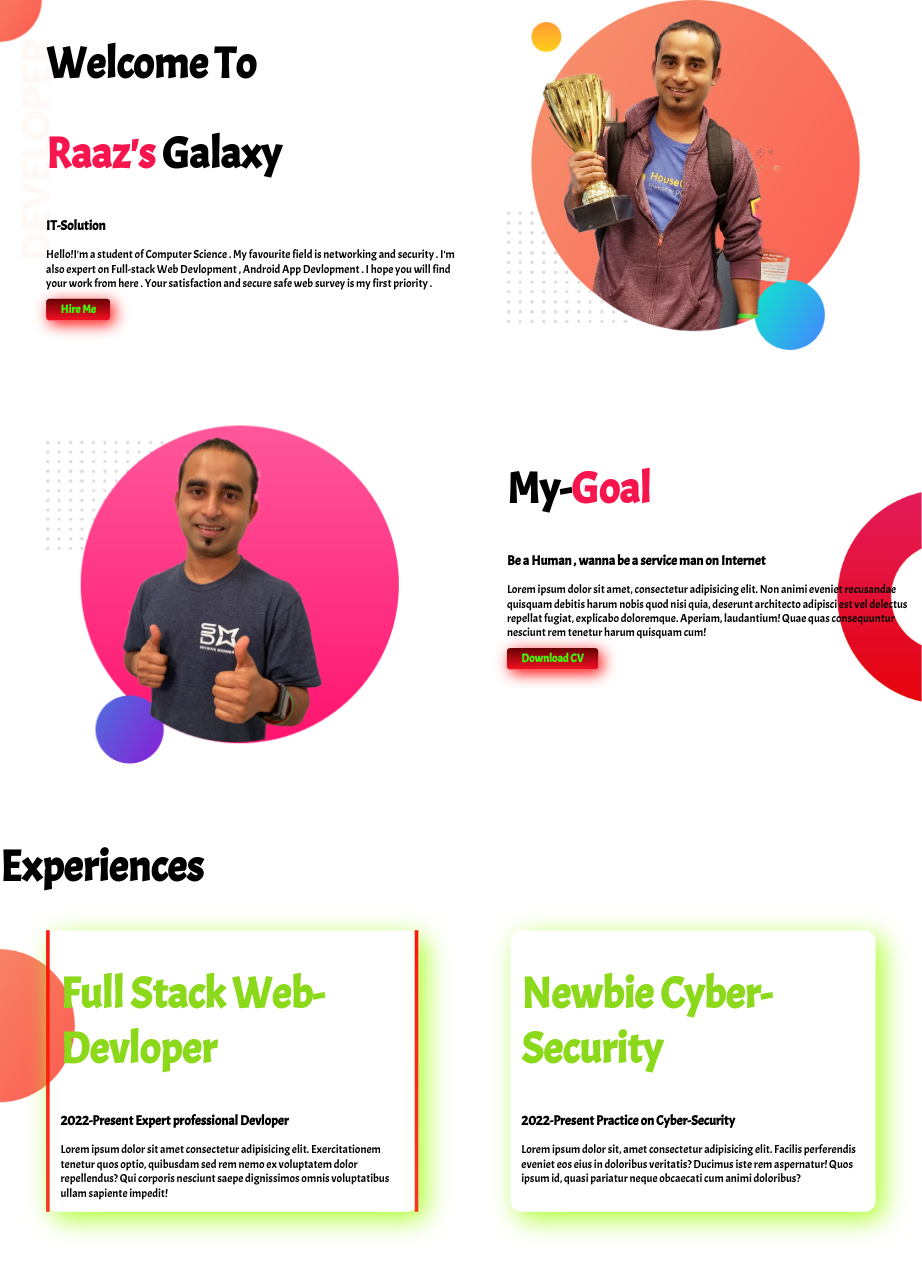
Repository: ramizraaz/my-portfolio
Page: about.html
An editor plug-in stored every save of this project. The page is shown before and after the next save, followed by the edit.
The browser window is 1280 px wide. The pictures show the whole page, at 72% of full size.

Above is the page before, as saved 2022-01-18 16:32:58.

After the next save:
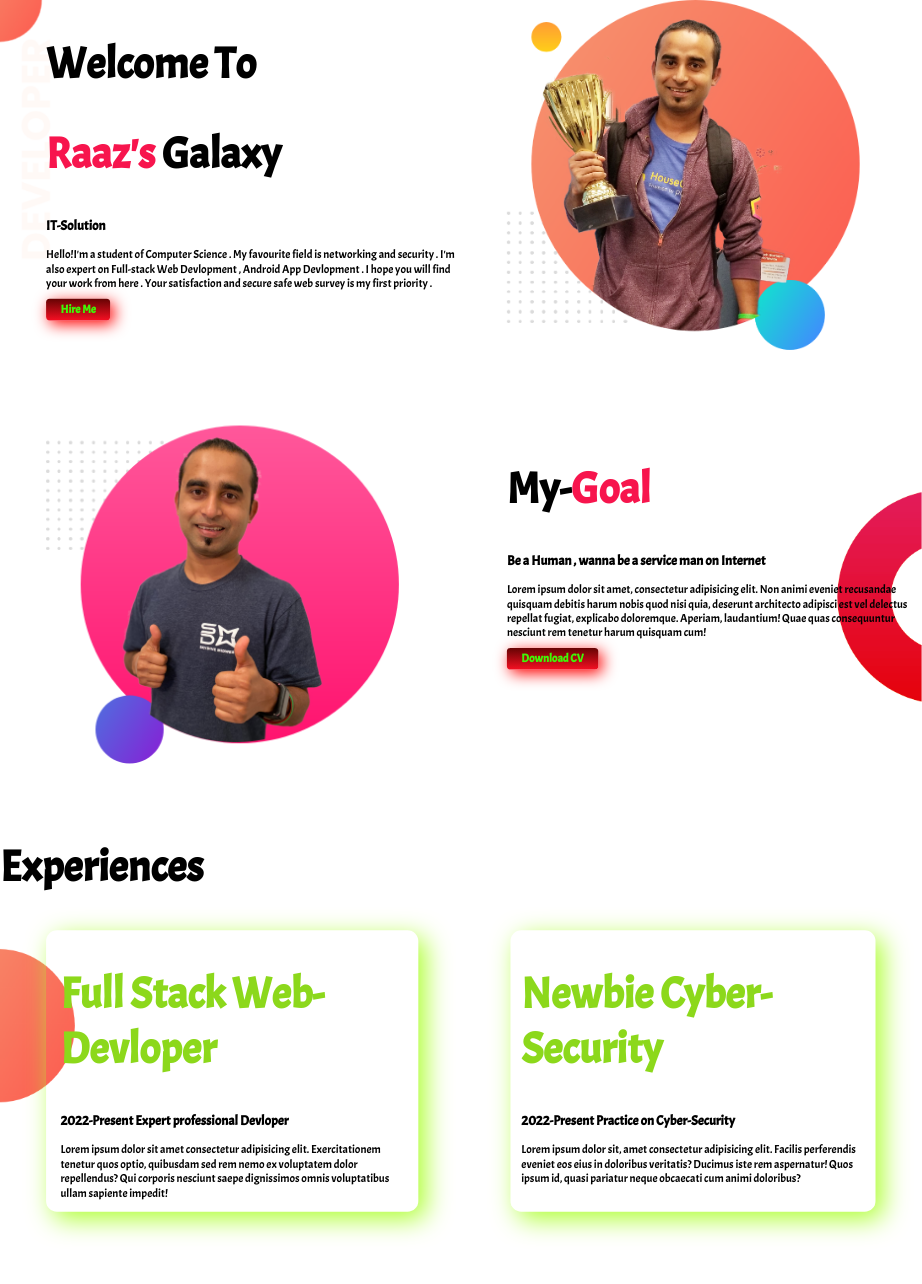
Saved 13 s later.
--- a/design.css
+++ b/design.css
@@ -76,5 +76,4 @@ span {
     border-left: 5px solid;
     border-right: 5px solid;
     border-image: linear-gradient(red, rgba(241, 66, 22, 0.911));
-    border-image-slice: 30%;
 }
